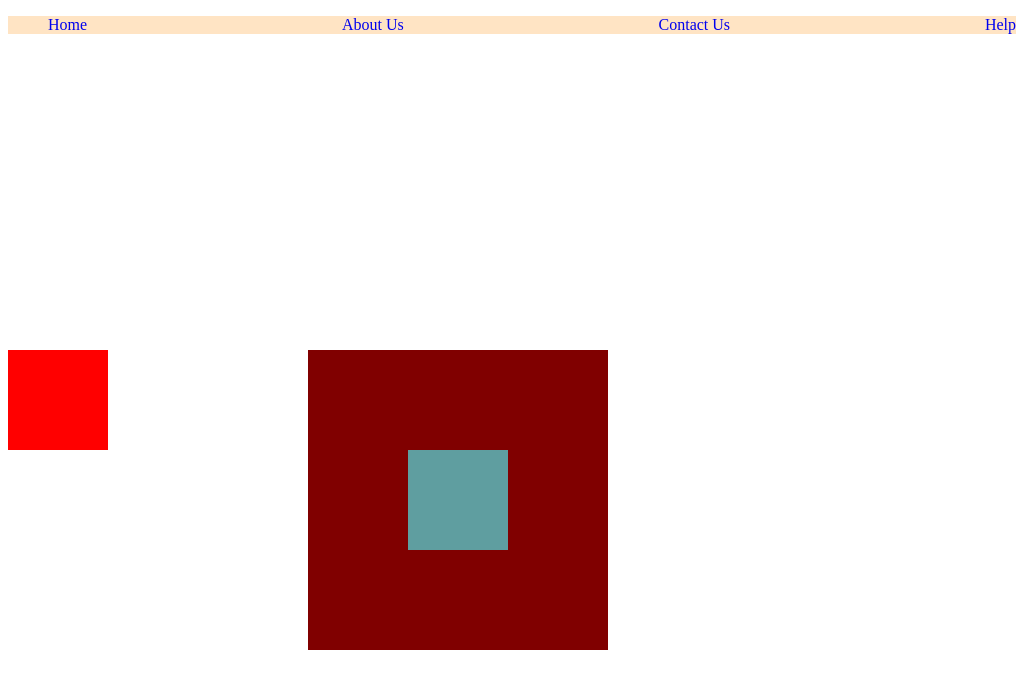
Repository: rakeshkolpepatil/CSS_Apana_College
Page: index.html
An editor plug-in stored every save of this project. The page is shown before and after the next save, followed by the edit.
The browser window is 1024 px wide. The pictures show the whole page.

Above is the page before, as saved 2023-06-24 23:27:33.

### index.html
<!DOCTYPE html>
<html lang="en">
<head>
  <meta charset="UTF-8">
  <meta name="viewport" content="width=device-width, initial-scale=1.0">
  <title>Practice Set 6</title>
  <link rel="stylesheet" href="styleEight.css"/>
</head>
<body>
  <div>
    <ul class="navbar">
      <li> <a class="litem" href="#"> Home </a> </li>
      <li> <a class="litem" href="#"> About Us </a> </li>
      <li> <a class="litem" href="#"> Contact Us </a> </li>
      <li> <a class="litem" href="#"> Help </a> </li>
    </ul>
  </div>

  <div id="outer">
    <div id="inner">

    </div>
  </div>

  <div id="med"></div>

</body>
</html>

### styleEight.css
ul{
  list-style-type: none;
}

.navbar{
  display: flex;
  justify-content: space-between;
  background-color:bisque
}
.litem{
  text-decoration: none;
  /* background-color:aqua; */
  /* display: inline; */
}

#outer{
  height: 300px;
  width: 300px;
  background-color:maroon;
  display: flex;
  justify-content: center;
  align-items:center;
  position: relative;
  left: 300px;
  top: 300px;
}

#inner{
  height: 100px;
  width: 100px;
  background-color:cadetblue;
}
#med{
  width: 100px;
  height: 100px;
  background-color:chocolate
}

@media(min-width: 900px){
  #med{
    background-color: red
  }
}

After the next save:
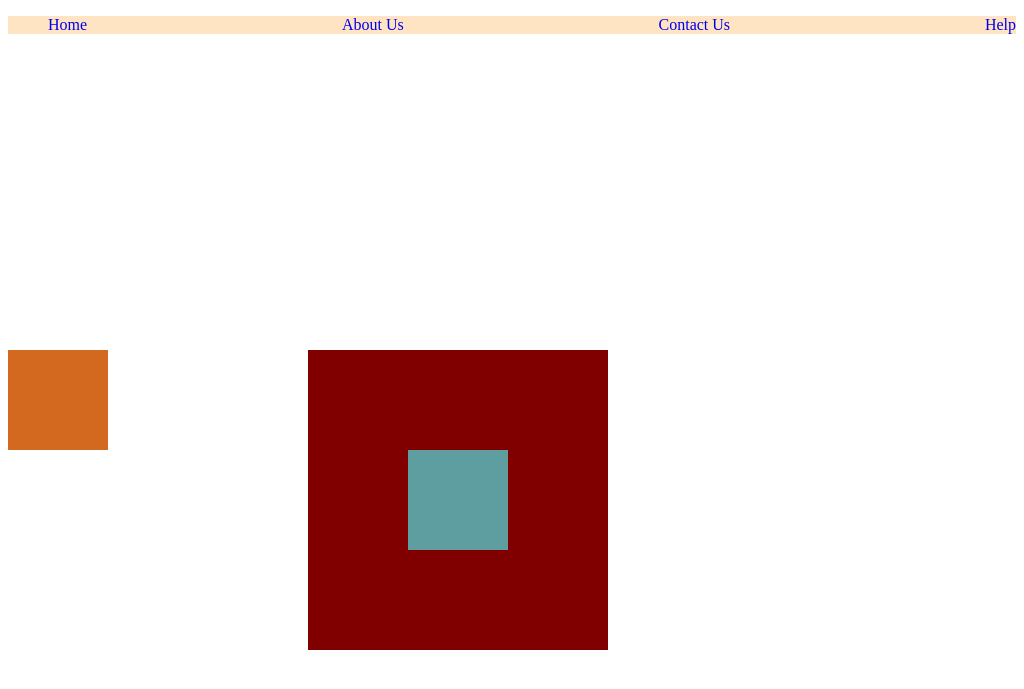
Saved 47 s later.
--- a/styleEight.css
+++ b/styleEight.css
@@ -36,7 +36,7 @@
   background-color:chocolate
 }
 
-@media(min-width: 900px){
+@media(min-width: 900px && max-width: 1200px){
   #med{
     background-color: red
   }

After the save that followed:
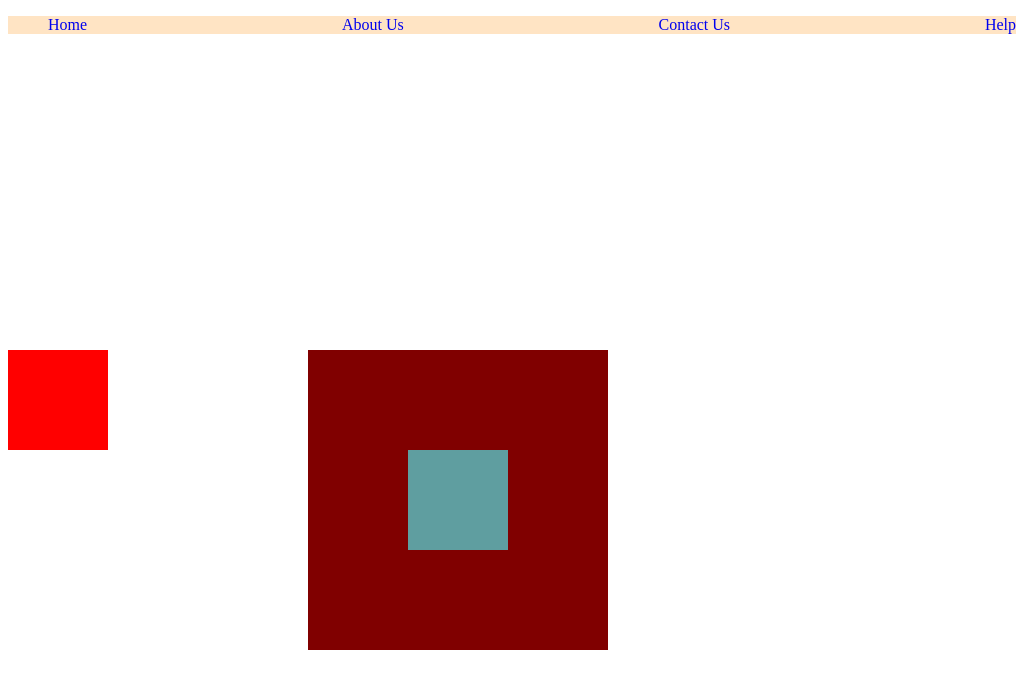
Saved 57 s later.
--- a/styleEight.css
+++ b/styleEight.css
@@ -36,7 +36,7 @@
   background-color:chocolate
 }
 
-@media(min-width: 900px && max-width: 1200px){
+@media(min-width: 900px) and (max-width: 1200px){
   #med{
     background-color: red
   }
